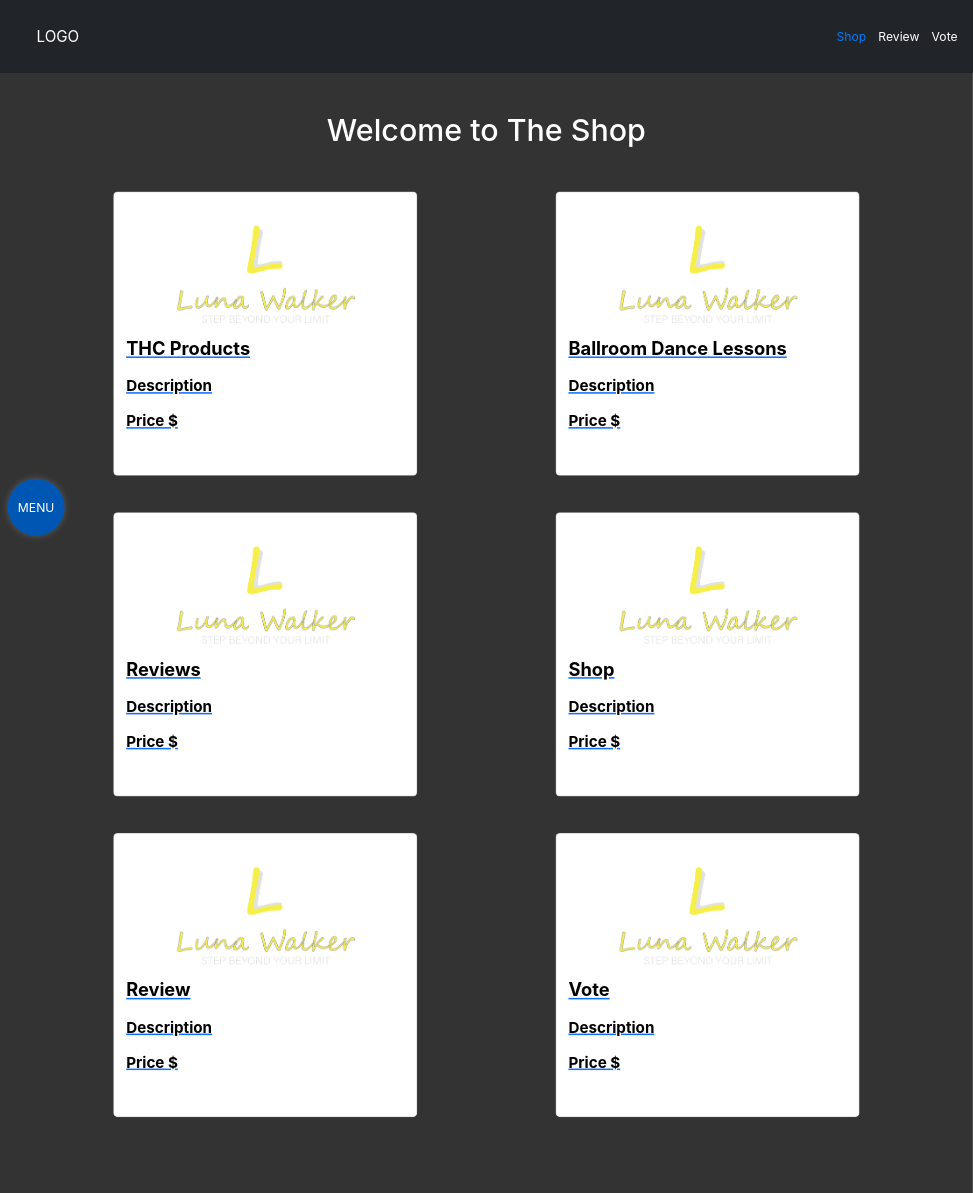
Repository: DragonFruit8/basic-website
Page: /shop
The author's editor kept a copy of each file at every save. The page is drawn from the files as they stood at one save, then again after a run of saves.
The browser window is 1280 px wide. The pictures show the whole page, at 76% of full size.
The pointer rests on the first visible `#sidebarButton`.
The project was rebuilt for these pictures with package versions that can differ from the ones it lists, and the page was loaded fresh each time. Also part of the build but not shown: src/sections/MissionSec.js, src/sections/AboutSec.js, src/sections/ServiceSec.js, src/Img/LunaLogo.js, src/sections/SupportSec.js, src/sections/HeroSec.js, src/pages/HomePage.js.

Above is the page before, as saved 2024-06-23 10:11:31.

### public/index.html
<!DOCTYPE html>
<html lang="en">
  <head>
    <meta charset="utf-8" />
    <link rel="icon" href="%PUBLIC_URL%/favicon.ico" />
    <meta name="viewport" content="width=device-width, initial-scale=1" />
    <meta name="theme-color" content="#000000" />
    <meta
      name="description"
      content="Web site created using create-react-app"
    />
    <link rel="apple-touch-icon" href="%PUBLIC_URL%/logo192.png" />
    <!--
      manifest.json provides metadata used when your web app is installed on a
      user's mobile device or desktop. See https://developers.google.com/web/fundamentals/web-app-manifest/
    -->
    <link rel="manifest" href="%PUBLIC_URL%/manifest.json" />
    <link href="https://cdn.jsdelivr.net/npm/bootstrap@5.3.3/dist/css/bootstrap.min.css" rel="stylesheet" integrity="sha384-QWTKZyjpPEjISv5WaRU9OFeRpok6YctnYmDr5pNlyT2bRjXh0JMhjY6hW+ALEwIH" crossorigin="anonymous">
    <!--
      Notice the use of %PUBLIC_URL% in the tags above.
      It will be replaced with the URL of the `public` folder during the build.
      Only files inside the `public` folder can be referenced from the HTML.

      Unlike "/favicon.ico" or "favicon.ico", "%PUBLIC_URL%/favicon.ico" will
      work correctly both with client-side routing and a non-root public URL.
      Learn how to configure a non-root public URL by running `npm run build`.
    -->
    <title>React App</title>
  </head>
  <body>
    <noscript>You need to enable JavaScript to run this app.</noscript>
    <div id="root"></div>
    <!--
      This HTML file is a template.
      If you open it directly in the browser, you will see an empty page.

      You can add webfonts, meta tags, or analytics to this file.
      The build step will place the bundled scripts into the <body> tag.

      To begin the development, run `npm start` or `yarn start`.
      To create a production bundle, use `npm run build` or `yarn build`.
    -->
    <script src="https://cdn.jsdelivr.net/npm/@popperjs/core@2.11.8/dist/umd/popper.min.js" integrity="sha384-I7E8VVD/ismYTF4hNIPjVp/Zjvgyol6VFvRkX/vR+Vc4jQkC+hVqc2pM8ODewa9r" crossorigin="anonymous"></script>
<script src="https://cdn.jsdelivr.net/npm/bootstrap@5.3.3/dist/js/bootstrap.min.js" integrity="sha384-0pUGZvbkm6XF6gxjEnlmuGrJXVbNuzT9qBBavbLwCsOGabYfZo0T0to5eqruptLy" crossorigin="anonymous"></script>
  </body>
</html>

### src/App.js
import React from 'react';
import { BrowserRouter as Router, Routes, Route } from 'react-router-dom';
import './App.css';
import Navbar from './components/Navbar';
import Sidebar from './components/Sidebar';
import HomePage from './pages/HomePage';
import ShopPage from './pages/ShopPage';

function App() {

  return (
    <>
      <Router>
        <Navbar />
        <Sidebar />
        <Routes>
          <Route path="/" element={<HomePage />} />
          <Route path="/shop" element={<ShopPage />} />
        </Routes>
   </Router>
    </>
  );
}

export default App;

### src/App.css
.App {
  text-align: center;
  z-index: -10;
}

.App-logo {
  height: 40vmin;
  pointer-events: none;
  z-index: 0;
}

@media (prefers-reduced-motion: no-preference) {
  .App-logo {
    animation: App-logo-spin infinite 20s linear;
  }
}

.App-header {
  background-color: #282c34;
  min-height: 100vh;
  display: flex;
  flex-direction: column;
  align-items: center;
  justify-content: center;
  font-size: calc(10px + 2vmin);
  color: white;
}

.App-link {
  color: #61dafb;
}
#sidebar {
  display: flex;
  flex-direction: column;
  background-color: transparent !important;
  height: 100%;
  width: 100px;
  position: fixed;
  top: 55px;
  left: 0;
  z-index: 1;
  overflow-x: hidden;
  padding-top: 20px;
  z-index: 10;
  /* rounded corners*/
  border-radius: 100px;

}

#offcanvasNavbar{
  position: fixed;
  margin-top: 55px;
}

#sidebarButton {
  position: absolute;
  bottom: 100px;
  left: 0px;
  width: 75px;
  height: 75px;
  border: none;
  color: white;
  padding: 10px 10px;
  text-align: center;
  text-decoration: none;
  display: inline-block;
  font-size: 16px;
  margin: auto auto -30px 10px;
  cursor: pointer;
  z-index: 100;
  border-radius: 100%;
  background-color: #007bff;
}

#sidebarButton:hover {
  background-color: #0056b3;
  box-shadow: 0 0 10px 0 rgba(255, 255, 255, 0.2);

}

#closeButton, .btn-close {
  color: white !important;
  margin-left: 15px;
}
#aboutSec {
  height: 75vh;
}
.offcanvas-body {
 padding: 0 100px 0 100px;
}
#luna {
  position: relative;
  background-size: cover;
  background-repeat: no-repeat;
  background-position: center;
  height: auto;
  width: 250px;
  margin: 0 auto;
}

/* HomePage Hero */
.hero {
  height: 100vh;
  width: 100%;
  display: flex;
  align-items: center;
  color: white !important;
  text-align: center;
  font-size: 2rem;
  font-weight: 700;
  background: url('https://unsplash.com/photos/photo-of-outer-space-Q1p7bh3SHj8');
  background-size: cover;
  background-repeat: no-repeat;
  background-position: center;
  background-color: rgba(0, 0, 0, 0.8);

}
.hero-content
.dropdown-item {
  width: 100%;
  margin: 0 auto;
  color: white;
  background-color: #007bff;
}
.dropdown-item:hover {
  background-color: #0056b3;
  color: white;
}


a.nav-link, a.nav-item {
  color: white !important;
}
a.nav-link, a.nav-item {
 padding: 20px 0 20px 0;
}

a.nav-link:hover, a.nav-item:hover {
  color: #ffd000 !important;
}
a.active {
  color: #007bff !important;
}

/* Shop */
.shop {
  height: auto;
  width: 100%;
  display: flex;
  align-items: center;
  color: white !important;
  text-align: center;
  font-size: 2rem;
  font-weight: 700;
  background-color: rgba(0, 0, 0, 0.8);
  flex-wrap: wrap;
  padding-top: 100px;
  padding-bottom: 100px;
}
#shopItem {
  min-width: 400px;
  margin: 0 auto;
  color: white;
  list-style-type: none;
  padding: 0;
}

@keyframes App-logo-spin {
  from {
    transform: rotate(0deg);
  }
  to {
    transform: rotate(360deg);
  }
}

### src/components/Navbar.js
import React from 'react';
import data from '../../src/data';
// import axio from '../Instance';
// import Button from 'react-bootstrap/Button';
// import Modal from 'react-bootstrap/Modal';


const Navbar = () => {

    // const [email, setEmail] = useState('');
    // const [comment, setComment] = useState('');
    // const [show, setShow] = useState(false);

    // const handleClose = () => setShow(false);
    // const handleShow = () => setShow(true);

    // const clearForm = () => {
    //     setEmail('');
    //     setComment('');
    // };



    // const handleSubmit = (event) => {
    //     event.preventDefault();

    //     axio.post('/comments', {
    //         email,
    //         comment
    //     })
    //         .then(() => {
    //             console.log('Review submitted');
    //         })
    //         .catch((error) => {
    //             console.log(error);
    //         });
    //     clearForm();
    // };

    const path = window.location.pathname;
    return (
        <>
            {/* navbar navbar-expand-lg bg-body-tertiary navbar-dark bg-dark */}
            <nav className="navbar navbar-dark navbar-expand-lg bg-dark fixed-top">
                <div className="container-fluid ps-5">
                    <a className="navbar-brand" href="/">LOGO</a>
                    <button className="navbar-toggler" type="button" data-bs-toggle="collapse" data-bs-target="#navbarNav" aria-controls="navbarNav" aria-expanded="false" aria-label="Toggle navigation">
                        <span className="navbar-toggler-icon"></span>
                    </button>
                    <div className="collapse navbar-collapse" id="navbarNav">
                        <ul className="navbar-nav my-2 ms-auto me-0">
                            <li className="nav-item">
                                <a className={`nav-link ${path === `/${data.link1.b}` ? 'active' : ''}`} aria-current="page" href={`/${data.link1.b}`}>{data.link1.a}</a>
                            </li>
                            <li className="nav-item">
                                <a className={`nav-link ${path === `/${data.link2.b}` ? 'active' : ''}`} aria-current="page" href={`/${data.link2.b}`}>{data.link2.a}</a>
                            </li>
                            <li className="nav-item">
                                <a className={`nav-link ${path === `/${data.link3.b}` ? 'active' : ''}`} aria-current="page" href={`/${data.link3.b}`}>{data.link3.a}</a>
                            </li>
                        </ul>
                        {/* <span id='reviewModal' className="d-flex">
                                <Button variant="primary" onClick={handleShow}>Write a Review</Button>
                            </span> */}
                    </div>
                </div>
            </nav>
            {/* <Modal show={show} onHide={handleClose}>
                <Modal.Header closeButton>
                    <Modal.Title>Modal heading</Modal.Title>
                </Modal.Header>
                <Modal.Body>
                    <div
                        className="modal show"
                        style={{ display: 'block', position: 'initial' }}
                    >
                        <form // onSubmit={handleSubmit}
                        >
                            <div className="form-group">
                                <label htmlFor="email"
                                    className='form-label fs-5'
                                >Email</label>
                                <input
                                    type="email"
                                    id="email"
                                    value={email}
                                    onChange={(event) => setEmail(event.target.value)}
                                    required
                                    className='form-control'
                                />
                            </div>
                            <div className="form-group">
                                <label htmlFor="comment"
                                    className='form-label fs-5'
                                >Comment</label>
                                <textarea
                                    id="comment"
                                    value={comment}
                                    onChange={(event) => setComment(event.target.value)}
                                    required
                                    className='form-control'
                                />
                            </div>
                            <Button type="submit">Submit</Button>
                        </form>
                    </div>
                </Modal.Body>
                <Modal.Footer>
                    <Button variant="secondary" onClick={handleClose}>
                        Close
                    </Button>
                </Modal.Footer>
            </Modal> */}
        </>
    );
}

export default Navbar;

### src/components/Sidebar.js
import React from 'react'

export const canvasButton = () => {
    return (
        <button id='sidebarButton' className="btn btn-primary" type="button" data-bs-toggle="offcanvas" data-bs-target="#offcanvasNavbar" aria-controls="offcanvasNavbar">
        MENU
        </button>
    )
    }
export default function Sidebar() {

    return (
        <div>
            <sidebar id="sidebar" className="navbar bg-body-tertiary fixed-top">
                <div className="container-fluid">
                    <div className="offcanvas offcanvas-start bg-dark" tabindex="-1" id="offcanvasNavbar" aria-labelledby="offcanvasNavbarLabel">

                        <div className="offcanvas-body">
                            <ul className="navbar-nav justify-content-end flex-grow-1 pe-3 mt-5">

                                        <li><a className="nav-link" href="/shop">Shop</a></li>
                                        <li><a className="nav-link" href="/">Review</a></li>
                                        <li>
                                            <hr className="dropdown-divider" />
                                        </li>
                                        <li><a className="nav-link" href="/">Vote</a></li>
                            </ul>
                            {/* <form className="d-flex mt-3" role="search">
                                <input className="form-control me-2" type="search" placeholder="Search" aria-label="Search" />
                                <button className="btn btn-outline-success" type="submit">Search</button>
                            </form> */}
                        </div>
                    <div className="offcanvas-footer d-flex justify-content-start mb-5 ms-3">
                        {/* <h5 className="offcanvas-title" id="offcanvasNavbarLabel"></h5> */}
                        <button id='close' type="button" className="btn-close" data-bs-dismiss="offcanvas" aria-label="Close"></button>
                    </div>
                    </div>
                </div>
                {
                    canvasButton()
                }
            </sidebar>


        </div>
    )
}

### src/pages/ShopPage.js
import React from 'react';
import data from '../../src/data';
import ProductImage from '../../src/Img/ProductImage';

const ShopPage = () => {
    return (
        <section className="shop">
                <div className="container">
                    <div className="row justify-content-center my-5">
                        <div className="col-lg-6">
                            <div className="hero-content">
                                <h1>Welcome to The Shop</h1>
                            </div>
                        </div>
                    </div>
                </div>
            <div className="container">
                <div className="row">
                    <div className="d-flex col flex-wrap gap-5">
                        {
                            Object.keys(data).map((key, index) => {
                                return (
                                    <ul id="shopItem" className="card">
                                            <a href={`/${data[key].b}`} className="d-flex justify-content-start mb-2">
                                        <li key={index} className='list-unstyled mt-3 mb-3 card-body' style={{ fontSize: '1.5rem' }}>
                                                <ProductImage />
                                            <p className="d-flex justify-content-start text-black fs-4">{data[key].a}</p>
                                                {/* {data[key].a} */}
                                            <p className="d-flex justify-content-start text-black fs-5">Description</p>
                                            <p className="d-flex justify-content-start text-black fs-5">Price $</p>
                                        </li>
                                            </a>
                                    </ul>
                                );
                            })
                        }
                    </div>
                </div>
            </div>
        </section>
    );
};

export default ShopPage;

### src/data.js
const data = {
    thcProductsLink: { a: 'THC Products', b: 'thc-products' },
    ballroomDanceLessonsLink: { a: 'Ballroom Dance Lessons', b: 'ballroom-dance-lessons' },
    reviewsLink: { a: 'Reviews', b: 'reviews' },
    link1: { a: 'Shop', b: 'shop' },
    link2: { a: 'Review', b: 'review' },
    link3: { a: 'Vote', b: 'vote' }
};

export default data;

### src/Img/ProductImage.js
import React from 'react'
import '../../src/Img/Luna_logo.png'
const ProductImage = () => {
    const productImg = require('../../src/Img/Luna_logo.png')
    return (
        <div>
            <img
                id='luna'
                src={productImg}
                alt="placeholder"
                className="img-fluid"
                width="50px"
                height="50px"
                />
        </div>
    )
}

export default ProductImage

Loaded but not shown: src/index.js (common file); src/index.css (common file); src/reportWebVitals.js (common file); public/manifest.json (common file)

After the next 2 saves:
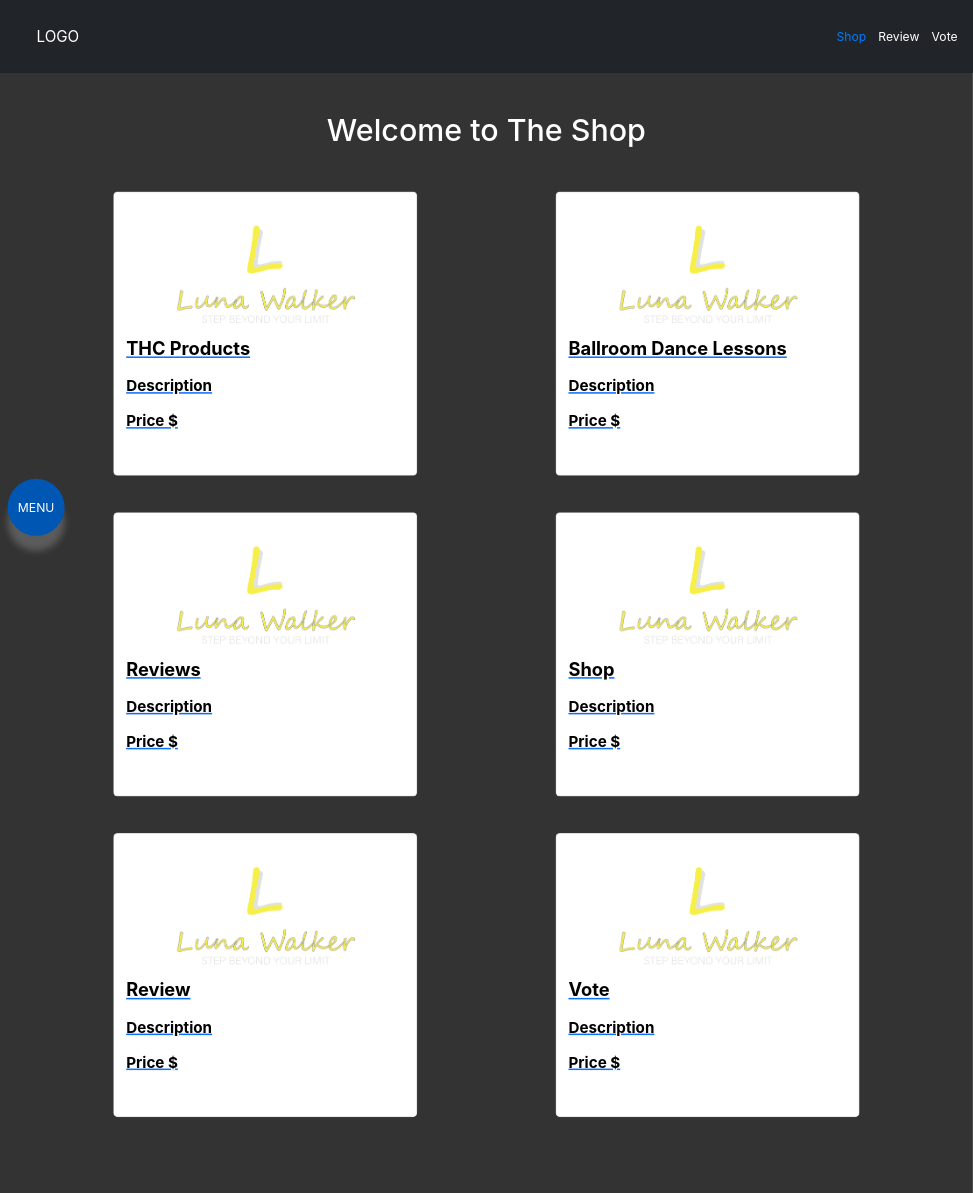
The 2 saves are shown as one change because they came seconds apart.
The last was saved 7 s later.
--- a/src/App.css
+++ b/src/App.css
@@ -74,7 +74,7 @@
 
 #sidebarButton:hover {
   background-color: #0056b3;
-  box-shadow: 0 0 10px 0 rgba(255, 255, 255, 0.2);
+  box-shadow: 0 20px 10px 0 rgba(255, 255, 255, 0.2);
 
 }
 
